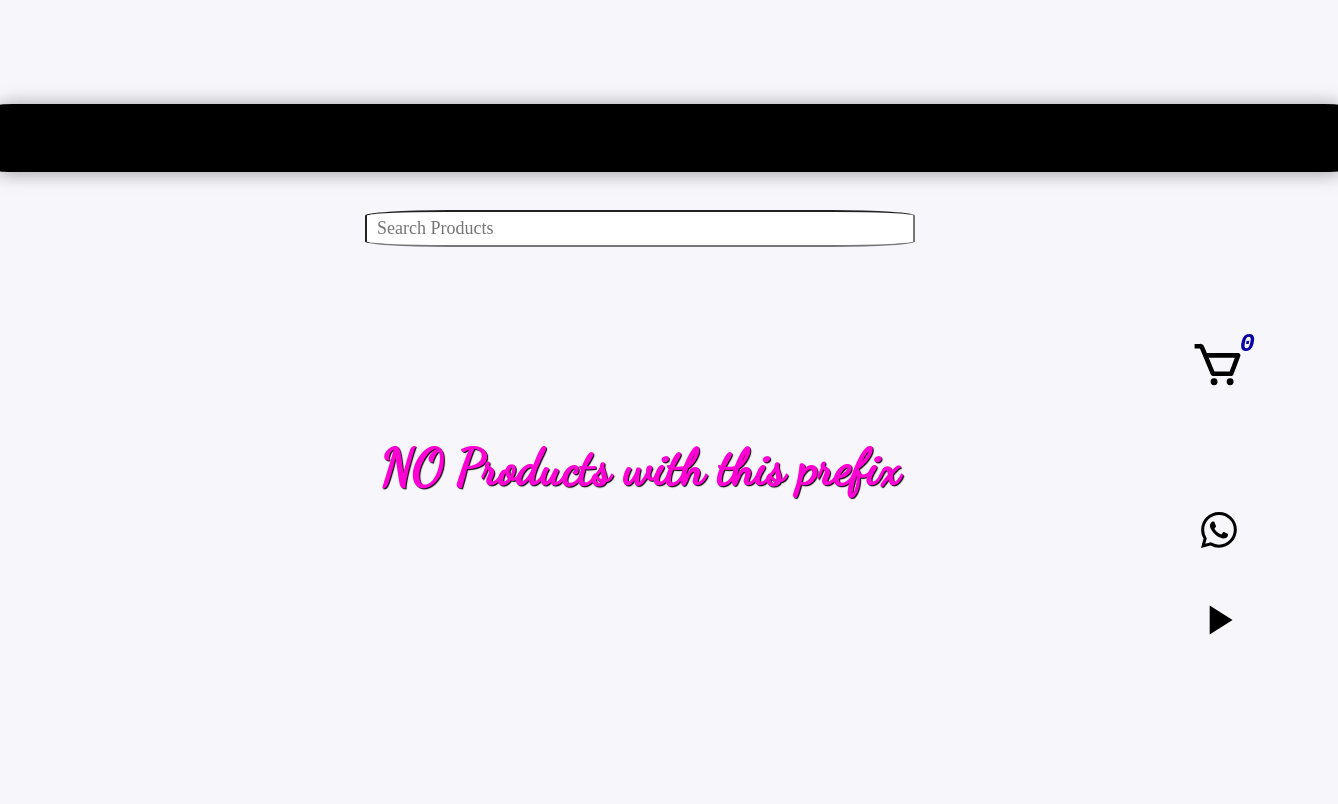
Repository: rehamAbass/BeautyCareShop
Page: /
The author's editor kept a copy of each file at every save. The page is drawn from the files as they stood at one save, then again after the next save.
The browser window is 1280 px wide. The page is 1338 px wide, so the pictures cover 1338 px, including what lies to the right of the window. The pictures show the whole page.
The page's requests for data from a server got no answer. Some web fonts or font styles are not loaded; a fallback is used. The project was rebuilt for these pictures with package versions that can differ from the ones it lists, and the page was loaded fresh each time. No one was signed in, and anything a server would have sent is missing. Also part of the build but not shown: src/components/allProducts/prod/card.css, src/components/allProducts/prod/card.component.jsx, src/components/myCart/myCart.css, src/components/myCart/cartProduct/cartProduct.css, src/components/myCart/cartProduct/cartProduct.jsx, src/components/myCart/myCart.jsx. Imported but missing from the stored project, and not drawn on this page: src/components/header/music/ed.mp3.

Above is the page before, as saved 2022-06-08 13:47:42.

### public/index.html
<!DOCTYPE html>
<html lang="en">
  </style>
  <head>
    <meta charset="utf-8" />
    <link rel="icon" href="" />
    <meta name="viewport" content="width=device-width, initial-scale=1" />
    <meta name="theme-color" content="#000000" />
    <meta
      name="description"
      content="Web site created using create-react-app"
    />
    <link rel="apple-touch-icon" href="" />
    <link rel="manifest" href="%PUBLIC_URL%/manifest.json" />
    <link rel="preconnect" href="https://fonts.googleapis.com">
    <link rel="preconnect" href="https://fonts.gstatic.com" crossorigin>
    <link href="https://fonts.googleapis.com/css2?family=Bigelow+Rules&display=swap" rel="stylesheet">
    <link rel="preconnect" href="https://fonts.googleapis.com">
    <link rel="preconnect" href="https://fonts.gstatic.com" crossorigin>
    <link href="https://fonts.googleapis.com/css2?family=Bigelow+Rules&family=Dancing+Script&display=swap"
      rel="stylesheet">
    <title color:'purble'>BeautyShop💄</title>
  </head>
  <body>

    <div id="root"></div>
  </body>
</html>

<!--
  <video id="video1" loop="" muted="" src="https://prod-streaming-video-msn-com.akamaized.net/aa5cb260-7dae-44d3-acad-3c7053983ffe/1b790558-39a2-4d2a-bcd7-61f075e87fdd.mp4"></video>

 -->

### src/App.js

// import React from 'react'
import CardList from './components/allProducts/card-list.component';
import SearchBox from './components/search-box/search-box.component';
import './App.css'
import axios from "axios";
import React, { Component } from "react";
import Header from './components/header/header.component.jsx'
import { useState, useEffect } from 'react';
import Cart from './components/myCart/myCart.jsx'

const App = () => {
  const [products, setProducts] = useState([]);
  const [cartProducts, setCartProducts] = useState([]);
  const [filteredProducts, setFilteredProducts] = useState(products);
  const [searchString, setSearchString] = useState('');
  const [showCart, setShowCart] = useState(false);
    const [cartCounter, setCartCounter] = useState(0);
      const [Sum, setSum] = useState(0);
      const [imgs, setImgs] = useState([])

  //==========================================================================
  const   getDataFromDB= async ()=> {
    const response = await axios.get("http://localhost:8000/products/");
    setCartProducts(response);
  }
  //===========================================================
  const deleteProd = async (id) => {
    let response = await axios.delete(
      `http://localhost:8000/product/${id}`
    );
  }
  //=============================================================
  const saveProd = async (p) => {
    const response = await axios.post(
      "http://localhost:8000/product",p
    );
  }

   const  updateProd = async (p) => {
    const response = await axios.put(
      "http://localhost:8000/product",p
    );
  }
  //============================================================================
  useEffect(() => {
    fetch('http://makeup-api.herokuapp.com/api/v1/products.json?brand=maybelline')
      .then((res) => res.json())
      .then((users) => {
          users = users.map(user => (
         {id:user.id,
         name:user.name,
         brand:user.brand,
         price:user.price,
        image_link:user.image_link,
         product_link:user.product_link,
         description:user.description,
        rating:user.rating,
         product_type:user.product_type,
          product_api_url:user.product_api_url,
          product_colors:user.product_colors,
        amount:0
         }))


         getDataFromDB();
        setFilteredProducts(users);
        setProducts(users);
        setImgs(users.map((u)=>(u.image_link)));
      })
  }, []); // it runs only one time - no need to call it in each render because [] is empty !!
  //=========================================================================================
  useEffect(() => {
    let filteredgroup = products.filter((p) => p.name.toLowerCase().includes(searchString));
    setFilteredProducts(filteredgroup);
  }, [products, searchString])

  //========================================================================================
  const onSearchChanged = (event) => {
    let input = event.target.value.toLowerCase();
    setSearchString(input);
  }
  //=========================================================================================
  const addProduct=(product)=>{
        let updatePro = cartProducts.filter(p=> p.id === product.id);
     if(updatePro.length>0){
       // it means that YES the product exists before in Cart! just increase the amount of it:
       updatePro = updatePro[0];
       updatePro.amount +=1;
        let newarray = cartProducts.map(p=>( p.id === product.id ? updatePro:p )) ;
        setCartProducts(newarray);
     }else{
        let newProductToAdd = {...product, amount:1};
         setCartProducts([...cartProducts,newProductToAdd ]);
         saveProd(product);
         updateProd();
     }

      }
  //=================================================================================
  //    ,
  const deleteProduct = (product) => {
    let newArr = cartProducts.filter(p => p.id !== product.id);
    setCartProducts(newArr);
    deleteProd(product.id);
  }
 //===================================================================================
   const decreaseProduct=(product)=>{

     if(product.amount >1){
       let update = product;
       update.amount -=1;
        let newarray = cartProducts.map(p=>(p.id === product.id ? update:p )) ;
     setCartProducts(newarray);
     }else{ // amount was  === 1
        let newArr = cartProducts.filter(p=> p.id !== product.id);
         setCartProducts(newArr);
     }
      }
 //===================================================================================
useEffect(()=>{
  console.log("useEffect, cartProduct changes, so counter changes");
  let all =0;
  let summ=0;
  for(let p of cartProducts){
     all = all+p.amount;
    summ = summ+ (p.amount * p.price);
}
    setSum(summ);
    setCartCounter(all);
},[cartProducts]);

//====================================================================================
  useEffect(()=>{
    console.log("open Cart = ",showCart);
  },[showCart])
 //=========================================================================================
const HandleCart =(val)=>{
  setShowCart(val);
}
 const handleSumCount = ()=>{
  setSum(0);
  setCartProducts([]);
  setCartCounter(0);

 }
 //=========================================================================================
  return (
    <div className="App">
      <header className="App-header">
        <Header counter ={cartCounter}
        imgs={imgs}
        handleCart = {HandleCart}/>
        {showCart === false &&
          <div>
           <SearchBox
          className='search-box2'
          searchHandler={onSearchChanged}
          group={filteredProducts}
        />
            <CardList
              group={filteredProducts}
               addProduct={addProduct} />
        </div>

        }
          {(showCart === true) &&
            <Cart sum ={Sum} group={cartProducts}
           addProduct={addProduct}
            deleteProduct={deleteProduct}
            decreaseProduct={decreaseProduct}
              handleSumCount={handleSumCount}
            />
          }
      </header>
    </div>
  )
}

export default App;

### src/components/allProducts/card-list.component.jsx

import './card-list.css'
import Card from './prod/card.component'
import React from 'react'

const CardList = ({ group ,addProduct}) => {
    return (
        <div className='card-list'>
            {group.map((p,i) =>
                (
                    <Card
                    key={i}
                    product={p}
                     addProduct={addProduct}/>
                )
            )
            }
        </div >

    )
}

export default CardList;

### src/components/search-box/search-box.component.jsx

import React from 'react'
import './search-box.css'


const SearchBox = ({ className, placeholder, searchHandler, group }) => {

    return (
        <div className='search-box'>
            <input
                className={className}
                type='search'
                placeholder='Search Products'
                onChange={searchHandler}
                style={{
                     fontStyle:'unset', fontStretch: 'extra-expanded'
                , fontSize:'large', borderRadius:'15%'}}
            />
            {group.length === 0 ?
                <div className='alert2'> NO Products with this prefix </div> : ''}
        </div>
    )
}


export default SearchBox;

### src/App.css
body {
  margin: 0;
  padding: 0;
  font-family: -apple-system, BlinkMacSystemFont, 'Segoe UI', 'Roboto', 'Oxygen',
    'Ubuntu', 'Cantarell', 'Fira Sans', 'Droid Sans', 'Helvetica Neue',
    sans-serif;
    background-color:rgba(192, 190, 228, 0.135);
  -webkit-font-smoothing: antialiased;
  -moz-osx-font-smoothing: grayscale;
  text-align: center;
}



















/* -------------------------------------------------------------------------------------- */

/* .App {
  text-align: center;
}

.App-logo {
  height: 40vmin;
  pointer-events: none;
}

@media (prefers-reduced-motion: no-preference) {
  .App-logo {
    animation: App-logo-spin infinite 20s linear;
  }
}

.App-header {
  background-color: #2d5cba;
  min-height: 100vh;
  display: flex;
  flex-direction: column;
  align-items: center;
  justify-content: center;
  font-size: calc(10px + 2vmin);
  color: white;
}

.App-link {
  color: #61dafb;
}

@keyframes App-logo-spin {
  from {
    transform: rotate(0deg);
  }
  to {
    transform: rotate(360deg);
  }
}

*/

### src/components/header/header.component.jsx
import React from 'react'
import './header.css'
import Music from './music/music.component';
import fatme from './fatme.jpeg'
import CartIcon from './cartIcon/cartIcon.component';
import {BsWhatsapp} from 'react-icons/bs'
import {AiTwotoneShop} from 'react-icons/ai'

const Header = ({counter,imgs, handleCart}) => {
    return (
        <div className='headClass'>
        <marquee direction='left'   style={{  margin:'0px' , padding:'0px'}}>
        <div className='imgs'>
            {imgs.map((link, i) => (
                    <img
                    style={{transform:'scale(0.7)' ,  margin:'0px'}}
                    key={i}
                    src={link} alt='prod' />

            ))}
        </div>
        </marquee>
            <img className='myImg' src={fatme} alt='me'
            />
               <CartIcon
            counter={counter}
             handleCart={handleCart}
            />
            <AiTwotoneShop
            className='goHome'
                onClick={() => {
                     handleCart(false)}}
            />
            <h4 className='title' >
                <marquee direction='left' loop='2' >Fatima Beauty Care Shop</marquee>
            </h4>


            <Music />


            <a  className='whatsApp'  aria-label="whats"
                target="_blank" rel="noopener"
                href="https://api.whatsapp.com/send?phone=972543656019&text=hello%20Fatima%20from%20your%20BeautyCareShop%20Website%20💄"
              >
              <BsWhatsapp/>
            </a>
        </div>
    )
}

export default Header;

### src/components/allProducts/card-list.css
.card-list {
     width: 1000px;
    margin-left: 9%;
    display: grid;
    grid-template-columns: 10fr 10fr;
    /* grid-gap: 1%; */
    margin-top: 5%;
    margin-bottom:15%;
}

### src/components/search-box/search-box.css
.search-box {
    padding: 10px;
}

.alert2 {
    margin-top: 150px;
    text-align: center;
    padding: 40px;
    color: rgb(255, 0, 212);
    font-size: 50px;
    font-stretch: extra-expanded;
    font-family: 'Dancing Script';
    font-weight: bolder;
    text-shadow: 1px 1px  1px rgb(0, 0, 0);
    transform: scale(1);
}

.search-box2 {
    width: 550px;
    height: 37px;
    margin-top: 170px;
    padding: 10px;
    line-height: 30px;
    margin-bottom: 1px;
    color: rgb(0, 0, 0);
    font-weight: 400;
    font-family:serif;

}

### src/components/header/header.css
.title {
    width: 110%;
    position: relative;
    font-size: 46px;
    font-weight: bolder;
    font-family: 'Dancing Script';
 color:rgb(251, 251, 251);
    font-stretch: extra-expanded;
    /* text-shadow: 11px 1px 11px rgb(255, 0, 123); */
    background-color: rgb(0, 0, 0);
     box-shadow: 1px 1px 17px 1px rgba(135, 134, 135, 0.74);
     margin-top: 40px;
     border-radius:1%;
}
.imgs{
    /* width: 110%; */
    position: relative;
    height:60px;
     margin: 0px;
}
.goHome{
    color:rgb(0, 0, 0);
     position:fixed;
    margin-left: 47%;
    margin-top:376px;
     transform: scale(2.6);
}
.goHome:hover{
    color:rgb(8, 0, 165);
    transform:scale(3);
}
.whatsApp{
    color:rgb(0, 0, 0);
     position:fixed;
    margin-left: 47%;
    margin-top:290px;
     transform: scale(2);
}
.whatsApp:hover{
  color:rgb(8, 0, 165);

   }
.myImg{
    position:fixed;
    margin-left: 44%;
    margin-top:120px;
    width: 110px;
  height: 120px;
    box-shadow: 1px 1px 17px 1px rgb(255, 88, 88);
    border-radius:15%;
}

.headClass {
    border-radius: 12%;
    width: 95%;
    height: 30px;
    font-size: large;
    /* font-weight: 700; */
    font-style: italic;

}

### src/components/header/music/music.component.jsx
import './music.css'
import { useState, useEffect } from 'react'
import { MdPlayArrow, MdPause } from 'react-icons/md'
import  React  from 'react'
import ed from "./ed.mp3";

const aud = new Audio(ed);

const Music = () => {
    const [flagPlaying, setIsActive] = useState(false);
    const handleClick = (value) => {
        setIsActive(value);
        if (value === true) {
            aud.loop = true;
            aud.play();
        } else {
            aud.pause();
            aud.loop = false;
        }
    }

    return (<div className='myAudio'>
        {(flagPlaying === false) &&
            <MdPlayArrow
                className='btnAudio'
                onClick={() => {
                    if (flagPlaying === false) {
                        handleClick(true);
                    }
                }}
            />
        }
        {(flagPlaying === true) &&
            <MdPause
                className='btnAudio'
                style={{color:'black'}}
                onClick={() => {
                    if (flagPlaying === true) {
                        handleClick(false);
                    }
                }}
            />
        }
    </div>
    )
}


export default Music;

### src/components/header/cartIcon/cartIcon.component.jsx
import React from 'react'
import './cart.css'
import { BiCart } from "react-icons/bi";


const CartIcon = ({ counter,handleCart}) => {

    return (
        <div className='cart-container'>
            <span className='counter'>{counter}</span>
            <BiCart
                    className='cartIcon'
                    onClick={() => {
                      handleCart(true);
                     }}
                />
        </div>
    )
}
export default CartIcon;

### src/components/header/music/music.css
.myAudio {}

.btnAudio {
    width:  50px;
    height: 50px;
    position:fixed;
    margin-left: 45.7%;
    margin-top: 362px;
    color:rgb(0, 0, 0);
    border-radius: 90%;
}

.btnAudio:hover {
   color : rgb(8, 0, 165);
    transform: scale(1.125);
    box-shadow: 4px 3px 10px 3px  rgb(179, 255, 0);
}

### src/components/header/cartIcon/cart.css
.cartIcon{
     position:fixed;
    width:55px;
    height:55px;
    color:rgb(0, 0, 0);
    margin-top:1%;
    /* transform: translateZ(-1);
    transition: transform 0.25s ease-out; */
}
.cartIcon:hover{
    transform:scale(1.12);
    color:rgb(8, 0, 165);
}
.cart-container{
    position:fixed;
    margin-left: 93%;
    margin-top: 260px;
}
.cart-container:hover{
    color:rgb(0, 0, 0);
 /* transform: scale(1); */
 cursor: pointer;
}
.counter{
    font-size:large;
    font-family:'Courier New', Courier, monospace;

    color:rgb(8, 0, 165);
    font-weight:bolder;
    text-align: right;
      transform: scale(1.4);
    text-shadow: 2px 2px 12px 12px rgb(0, 0, 0);
    position: fixed;
    margin-left: 4%;
    margin-top:0.8%;
}

Loaded but not shown: src/index.js (common file); src/index.css (common file)

After the next save:
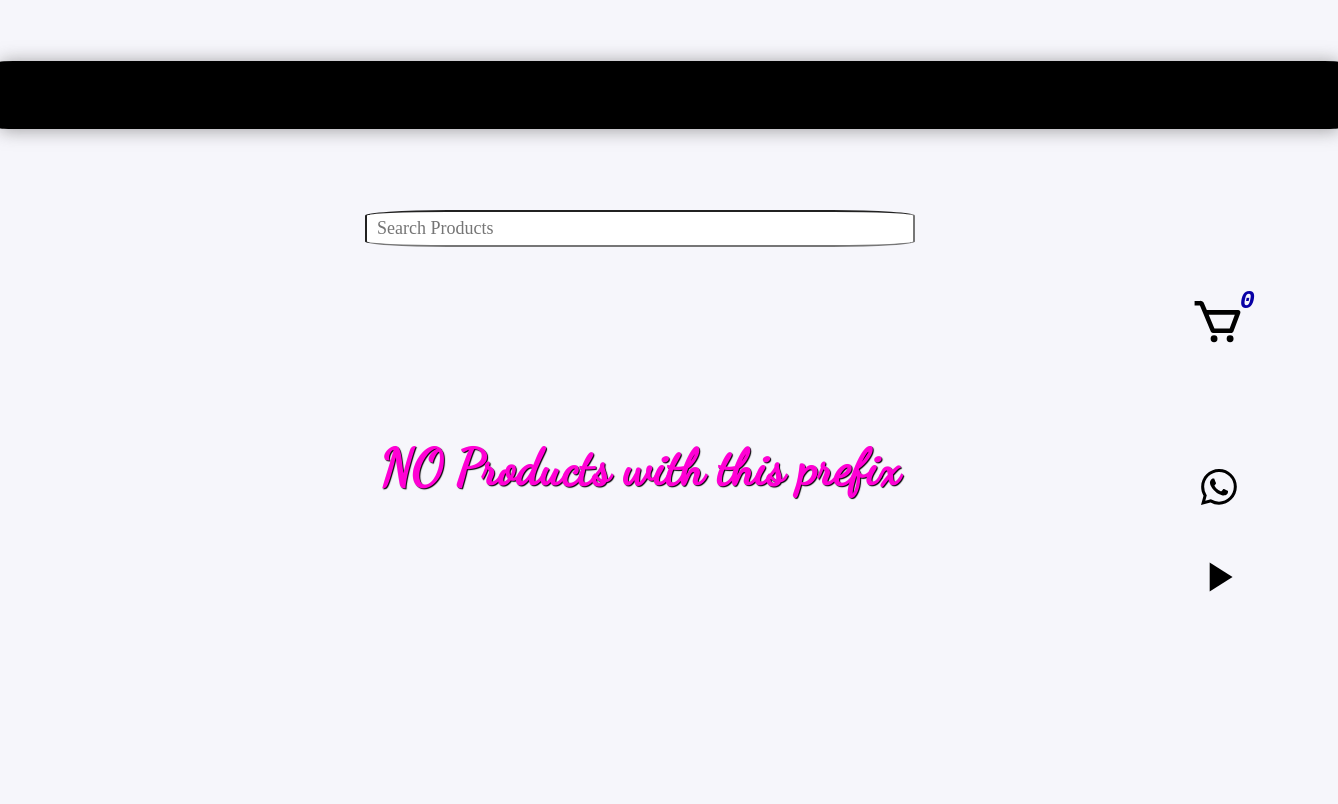
Saved 4 s later.
--- a/src/components/header/header.css
+++ b/src/components/header/header.css
@@ -15,7 +15,7 @@
 .imgs{
     /* width: 110%; */
     position: relative;
-    height:60px;
+    /* height:60px; */
      margin: 0px;
 }
 .goHome{

After the save that followed:
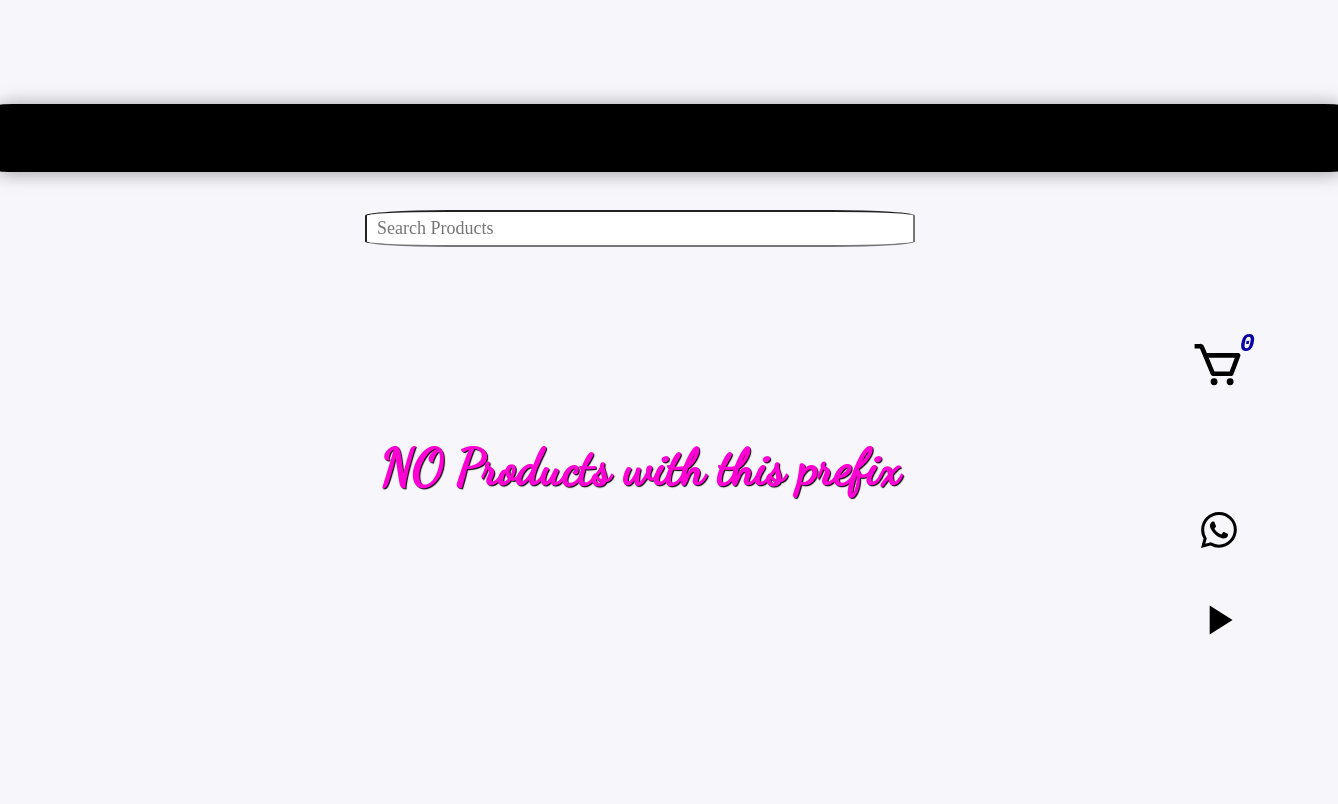
Saved 9 s later.
--- a/src/components/header/header.css
+++ b/src/components/header/header.css
@@ -15,7 +15,7 @@
 .imgs{
     /* width: 110%; */
     position: relative;
-    /* height:60px; */
+    height:60px;
      margin: 0px;
 }
 .goHome{
